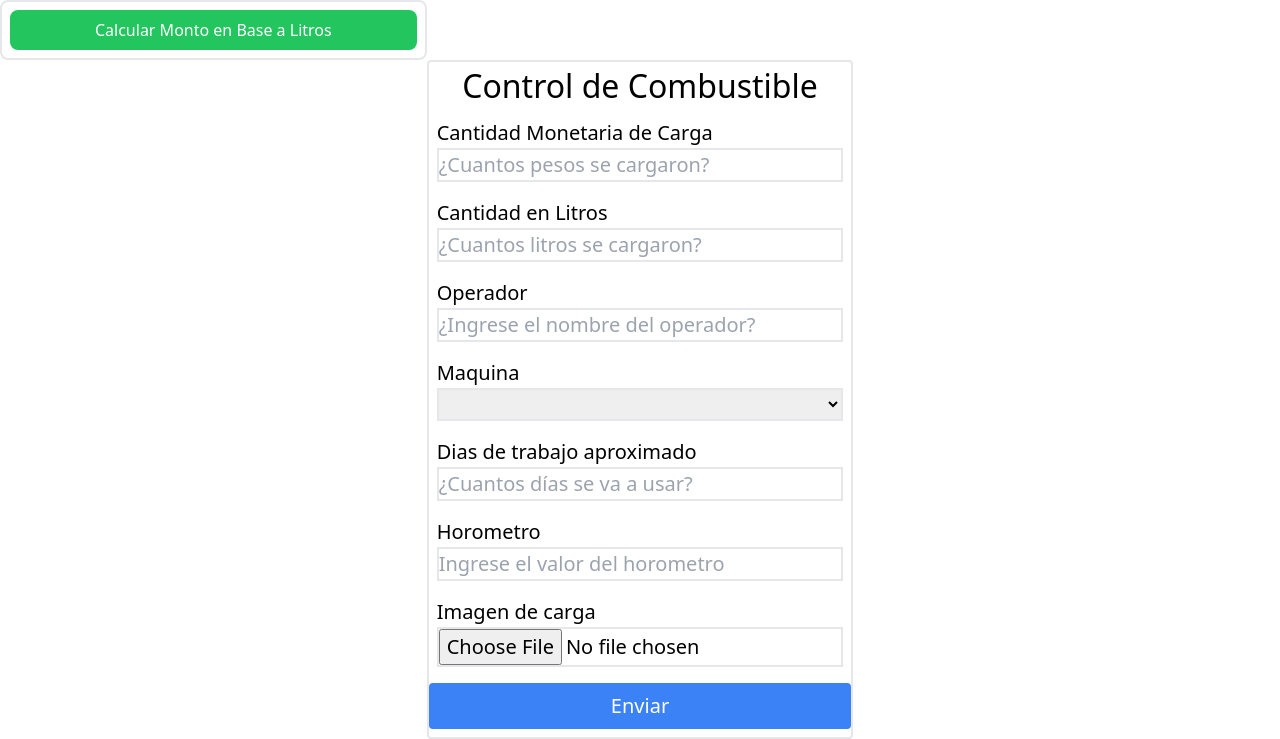
Repository: SistemaACT/Combustible
Page: /Combustible/Form
These files come from the project's save history. The page is drawn as it stood at one moment and after the next save; the edit follows.
The browser window is 1280 px wide. The pictures show the whole page.
The page's requests for data from a server got no answer. The project was rebuilt for these pictures with package versions that can differ from the ones it lists, and the page was loaded fresh each time. The framework's server and built-in components were replaced by stand-ins that run in the browser. No one was signed in, and anything a server would have sent is missing. Also part of the build but not shown: next.config.js, components/NavBar/Options/Operador.tsx, components/NavBar/Options/Admin.tsx, components/NavBar/Options/Owner.tsx, components/NavBar/Options.tsx.

Above is the page before, as saved 2023-01-20 16:21:29.

After the next save:
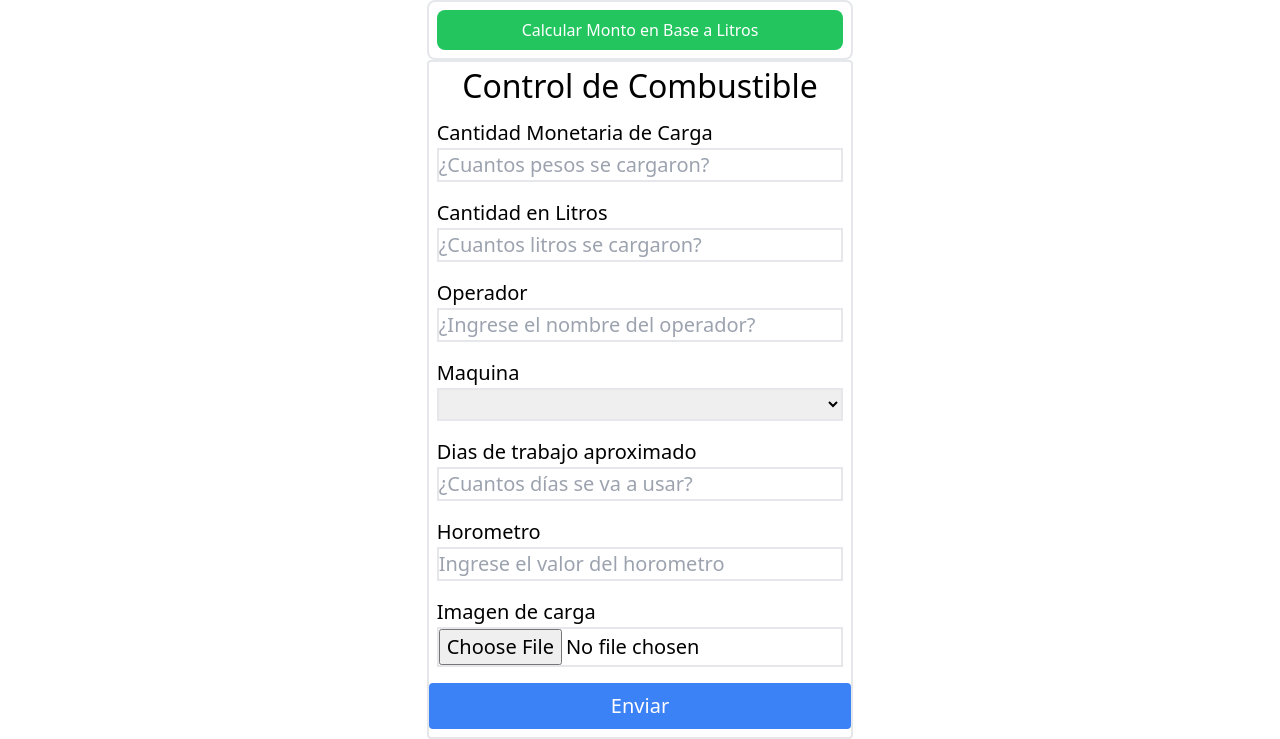
Saved 2 min 41 s later.
--- a/components/Calculos/GasCalculator.tsx
+++ b/components/Calculos/GasCalculator.tsx
@@ -19,16 +19,18 @@ export default function GasCalculator() {
       }
 
   return (
-    <form className='w-full lg:w-1/3 p-2 border-2 rounded-lg center' onSubmit={handleSubmit}>
-        <button type='button' onClick={()=>{if(!calculadora){setTexto("Cerrar");setColor("bg-red-500")}else{setTexto("Calcular Monto en Base a Litros");setAnswer(undefined);setColor("bg-green-500")};setCalculadora(!calculadora);}} className={`${color}  p-2 text-white rounded-lg w-full`}>{text}</button>
-        {calculadora &&
-        <div className=''>
-            <Input id="MontoPorLitro" label="Precio del Litro" placeholder='Ingrese el precio por litro' type="number" step={0.01} min={0}></Input>
-            <Input id="Litros" label="Cantidad de Litros" placeholder='Ingrese la cantidad de litros' type="number" step={0.01} min={0}></Input>
-            <button type='submit' className='bg-green-500 p-2 text-white rounded-lg w-full'>Calcular</button>
-        </div>
-        }
-        {answer && <div className='w-full text-[1.25em] text-center m-2'>Tu Monto total es de ${answer}</div>}
-    </form>
+      <div className='flex justify-center'>
+        <form className='w-full lg:w-1/3 p-2 border-2 rounded-lg center' onSubmit={handleSubmit}>
+            <button type='button' onClick={()=>{if(!calculadora){setTexto("Cerrar");setColor("bg-red-500")}else{setTexto("Calcular Monto en Base a Litros");setAnswer(undefined);setColor("bg-green-500")};setCalculadora(!calculadora);}} className={`${color}  p-2 text-white rounded-lg w-full`}>{text}</button>
+            {calculadora &&
+            <div className=''>
+                <Input id="MontoPorLitro" label="Precio del Litro" placeholder='Ingrese el precio por litro' type="number" step={0.01} min={0}></Input>
+                <Input id="Litros" label="Cantidad de Litros" placeholder='Ingrese la cantidad de litros' type="number" step={0.01} min={0}></Input>
+                 <button type='submit' className='bg-green-500 p-2 text-white rounded-lg w-full'>Calcular</button>
+            </div>
+            }
+            {answer && <div className='w-full text-[1.25em] text-center m-2'>Tu Monto total es de ${answer}</div>}
+        </form>
+    </div>
     )
 }
